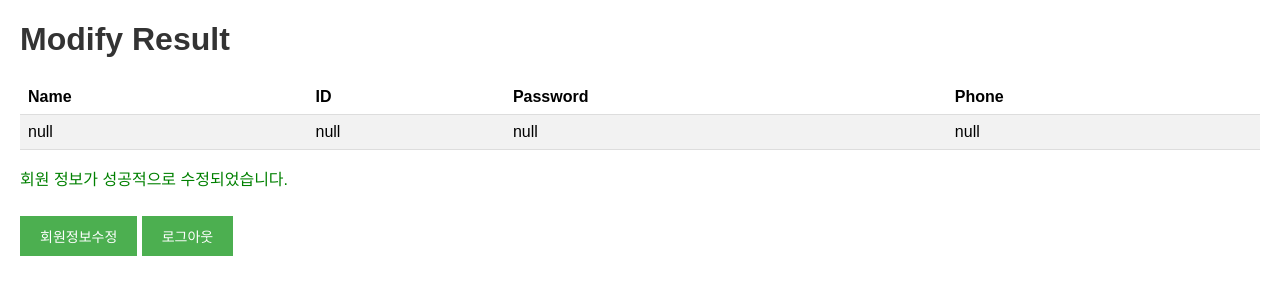
Repository: i-kemen/jsp
Page: http://localhost/WebTest/modifyResult.jsp
An editor plug-in stored every save of this project. The page is shown before and after the next save, followed by the edit.
The browser window is 1280 px wide. The pictures show the whole page.
The page is served by Tomcat 10. Other server files are loaded and not shown.

Above is the page before, as saved 2023-06-27 05:03:35.

### WebTest/src/main/webapp/modifyResult.jsp
<%@ page language="java" contentType="text/html; charset=UTF-8" pageEncoding="UTF-8" %>
<!DOCTYPE html>
<html>
<head>
    <meta charset="UTF-8">
    <title>Modify Result</title>

    <style>
        /* CSS styles */
        body {
            font-family: Arial, sans-serif;
            margin: 20px;
        }

        h1 {
            color: #333;
        }

        table {
            border-collapse: collapse;
            width: 100%;
        }

        th, td {
            padding: 8px;
            text-align: left;
            border-bottom: 1px solid #ddd;
        }

        tr:nth-child(even) {
            background-color: #f2f2f2;
        }

        p {
            color: green;
        }

        button {
            margin-top: 10px;
            padding: 10px 20px;
            font-size: 14px;
            background-color: #4CAF50;
            color: white;
            border: none;
            cursor: pointer;
        }

        button:hover {
            background-color: #45a049;
        }
    </style>
</head>
<body>
    <h1>Modify Result</h1>
    <!-- 수정된 회원 정보를 출력 -->
    <table>
        <tr>
            <th>Name</th>
            <th>ID</th>
            <th>Password</th>
            <th>Phone</th>
        </tr>
        <tr>
            <!-- 세션에서 수정된 회원 정보 가져오기 -->
            <% String name = (String) session.getAttribute("name"); %>
            <% String id = (String) session.getAttribute("id"); %>
            <% String password = (String) session.getAttribute("password"); %>
            <% String phone = (String) session.getAttribute("phone"); %>
            <td><%= name %></td>
            <td><%= id %></td>
            <td><%= password %></td>
            <td><%= phone %></td>
        </tr>
    </table>
    <p>회원 정보가 성공적으로 수정되었습니다.</p>

    <script>
        function goToModifyPage() {
            location.href = "modify.jsp";
        }

        function goToLogOutPage() {
            location.href = "Logout";
        }
    </script>

    <button onclick="goToModifyPage()">회원정보수정</button>
    <button onclick="goToLogOutPage()">로그아웃</button>

</body>
</html>

After the next save:
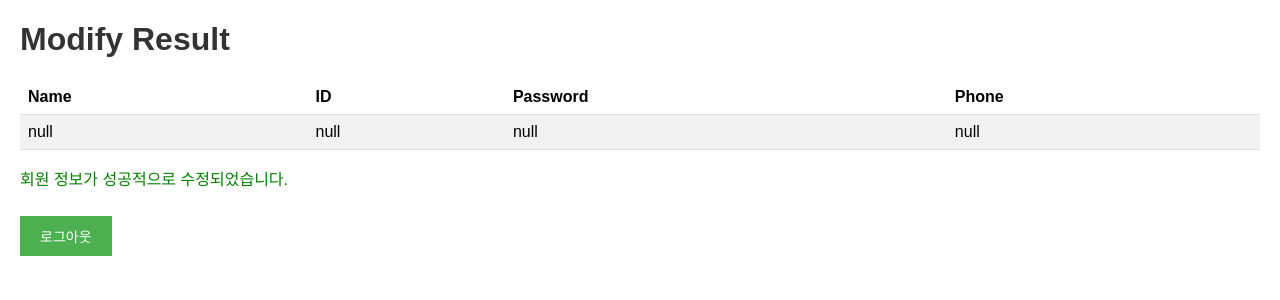
Saved 69 s later.
--- a/WebTest/src/main/webapp/modifyResult.jsp
+++ b/WebTest/src/main/webapp/modifyResult.jsp
@@ -79,13 +79,14 @@
             location.href = "modify.jsp";
         }
 
-        function goToLogOutPage() {
+        function logout() {
             location.href = "Logout";
         }
     </script>
 
-    <button onclick="goToModifyPage()">회원정보수정</button>
-    <button onclick="goToLogOutPage()">로그아웃</button>
+    <form method="post" action="Logout">
+        <button type="submit">로그아웃</button>
+    </form>
 
 </body>
 </html>
